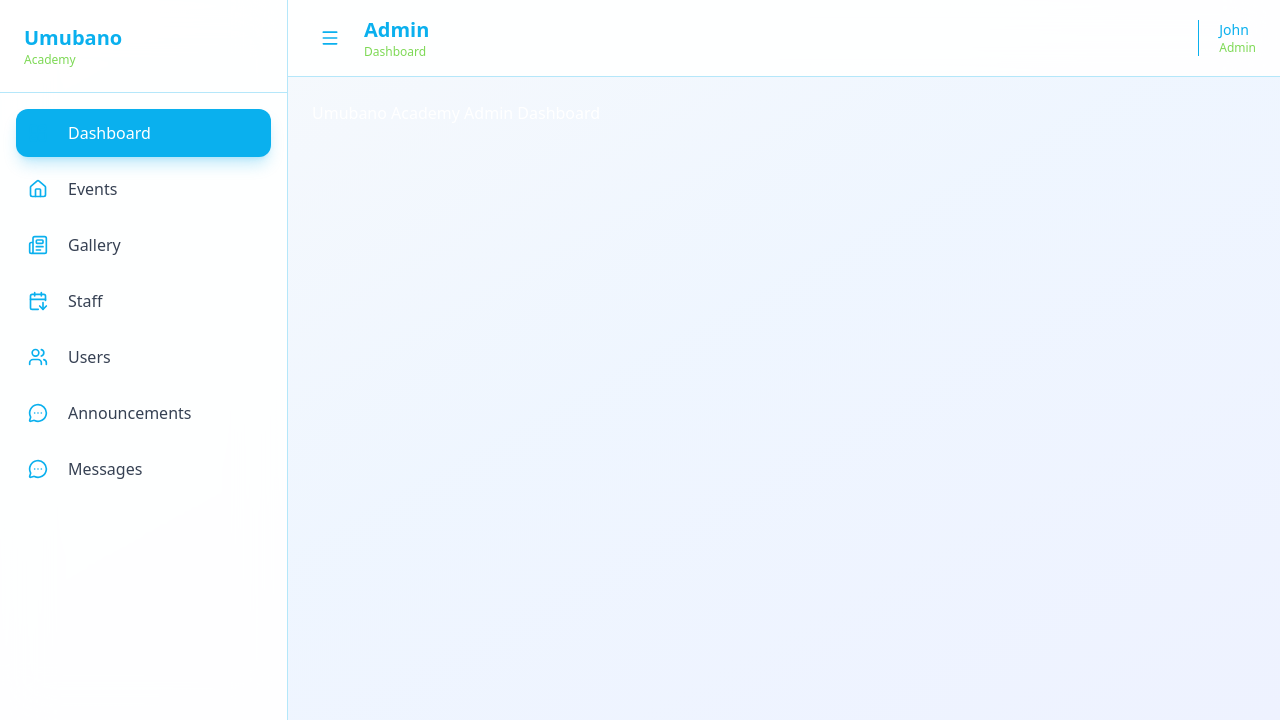
Repository: Umubano-Academy/umubano-academy-website
Page: /admin
These files come from the project's save history. The page is drawn as it stood at one moment and after the next save; the edit follows.
The browser window is 1280 px wide. The pictures show the whole page.
The project was rebuilt for these pictures with package versions that can differ from the ones it lists, and the page was loaded fresh each time. Also part of the build but not shown: vite.config.js, src/components/guest/NavBar.jsx, src/components/guest/Hero.jsx, src/components/guest/Event.jsx, src/components/guest/News.jsx, src/components/guest/Footer.jsx, src/components/guest/Layout.jsx, src/components/guest/Contact.jsx and 9 more. Imported but missing from the stored project, and not drawn on this page: src/assets/addons/Primary-Enrolment-Handout-2025.pdf, src/assets/addons/Secondary-Enrolment-Handout-2025-2026.pdf.

Above is the page before, as saved 2026-01-20 09:57:13.

### index.html
<!doctype html>
<html lang="en">
  <head>
    <meta charset="UTF-8" />
    <!-- <link rel="icon" type="image/svg+xml" href="/vite.svg" /> -->
    <meta name="viewport" content="width=device-width, initial-scale=1.0" />
    <title>umubano-academy</title>
  </head>
  <body>
    <div id="root"></div>
    <script type="module" src="/src/main.jsx"></script>
  </body>
</html>

### src/App.jsx
import React from 'react'
import { BrowserRouter, Route, Routes } from 'react-router-dom'
import NavBar from './components/guest/NavBar'
import Hero from './components/guest/Hero'
import Event from './components/guest/Event'
import News from './components/guest/News'
import Layout from './components/guest/Layout'
import Home from './components/guest/Home'
import Admission from './components/guest/Admission'
import Academic from './components/guest/Academic'
import About from './components/guest/About'
import LayOut from './components/admin/LayOut'
import Dashboard from './components/admin/pages/Dashboard'
import Login from './components/guest/forms/Login'
import ResetPassword from './components/guest/forms/ResetPassword'
import Primary from './components/guest/primary'


function App() {
  return (
    <BrowserRouter>

    <Routes>
      <Route path='/' element={<Layout />}>
      <Route index element={<Home />} />
      <Route path='/admissions' element={<Admission />} />
      <Route path='/academic' element={<Academic />} />
      <Route path='/aboutus' element={<About />} />
      <Route path='/login' element={<Login />} />
      <Route path="/password-reset" element={<ResetPassword />} />
      <Route path='/primary' element={<Primary />} />
      </Route>

      <Route path='/admin' element={<LayOut />}>
      <Route index element={<Dashboard />} />
      </Route>
    </Routes>
    </BrowserRouter>

  )
}

export default App

### src/components/admin/LayOut.jsx
import React, { useEffect, useState } from 'react'
import SideBar from '../admin/sidebar/SideBar'
import Header from '../admin/Header/Header'
import { Outlet } from 'react-router-dom'

function LayOut() {

  const [sideBarCollapsed, setSideBarCollapsed] = useState(false);
  const [currentPage, setCurrentPage] = useState("dashboard");

  useEffect(() =>{
    const handlerResize = () =>{
      if(window.innerWidth <1024){
        setSideBarCollapsed(true);
      }else{
        setSideBarCollapsed(false);
      }
    };

    handlerResize();
    window.addEventListener("resize", handlerResize)
    return () => window.removeEventListener("resize", handlerResize);
  },  []);
  return (

    <div className=' min-h-screen bg-gradient-to-br from-slate-50 via-blue-50 to-indigo-50 dark:from-slate-900 dark:via-slate-800 dark:to-slate-900 transition-all duration-500 '>
       <div className=' flex h-screen overflow-hidden' >
      <SideBar
          collapsed={sideBarCollapsed}
          onToggle={() => setSideBarCollapsed(!sideBarCollapsed)}
          currentPage={currentPage}
          onPageChange={setCurrentPage}
        />

      <div className='flex-1 flex flex-col overflow-hidden'>
          <Header
            sideBarCollapsed={sideBarCollapsed}
            onToggleSidebar={() => setSideBarCollapsed(!sideBarCollapsed)}
          />
          <div className='flex-1 overflow-y-auto bg-transparent'>
            <div className='p-6 space-y-6'>
              <Outlet />
            </div>
          </div>
        </div>
    </div>
    </div>

  )
}

export default LayOut

### src/components/admin/pages/Dashboard.jsx
// import React from "react";
// import { stats, bookingGraphData } from "./dashboardData";
// import {
//   Users,
//   ShoppingBag,
//   BadgeDollarSign,
//   TrendingUp,
// } from "lucide-react";
// import {
//   LineChart,
//   Line,
//   XAxis,
//   YAxis,
//   CartesianGrid,
//   Tooltip,
//   ResponsiveContainer,
// } from "recharts";

// function Dashboard() {
//   return (
//     <div className="p-6 space-y-6">

//       <h1 className="text-2xl font-bold text-slate-800 dark:text-white">
//         Dashboard Overview
//       </h1>


//       <div className="grid grid-cols-1 md:grid-cols-3 gap-6">

//         {/* USERS CARD */}
//         <div className="p-6 bg-white/80 dark:bg-slate-900/80 rounded-2xl shadow-lg border border-slate-200/50 dark:border-slate-700/50">
//           <div className="flex items-center justify-between mb-3">
//             <Users className="w-8 h-8 text-orange-500" />
//             <span className="text-green-500 text-sm">{stats.users.growth}</span>
//           </div>
//           <h2 className="text-3xl font-bold dark:text-white">
//             {stats.users.thisYear}
//           </h2>
//           <p className="text-slate-500 dark:text-slate-300 text-sm mt-1">
//             Users This Year
//           </p>
//         </div>

//         {/* BOOKINGS CARD */}
//         <div className="p-6 bg-white/80 dark:bg-slate-900/80 rounded-2xl shadow-lg border border-slate-200/50 dark:border-slate-700/50">
//           <div className="flex items-center justify-between mb-3">
//             <ShoppingBag className="w-8 h-8 text-orange-500" />
//             <span className="text-green-500 text-sm">+12%</span>
//           </div>
//           <h2 className="text-3xl font-bold dark:text-white">
//             {stats.bookings.total}
//           </h2>
//           <p className="text-slate-500 dark:text-slate-300 text-sm mt-1">
//             Total Bookings
//           </p>
//         </div>

//         {/* REVENUE CARD */}
//         <div className="p-6 bg-white/80 dark:bg-slate-900/80 rounded-2xl shadow-lg border border-slate-200/50 dark:border-slate-700/50">
//           <div className="flex items-center justify-between mb-3">
//             <BadgeDollarSign className="w-8 h-8 text-orange-500" />
//             <span className="text-green-500 text-sm">{stats.revenue.growth}</span>
//           </div>
//           <h2 className="text-3xl font-bold dark:text-white">
//             {stats.revenue.thisMonth.toLocaleString()} RWF
//           </h2>
//           <p className="text-slate-500 dark:text-slate-300 text-sm mt-1">
//             Revenue This Month
//           </p>
//         </div>
//       </div>

//       {/* BOTTOM 3 SUMMARY CARDS */}
//       <div className="grid grid-cols-1 md:grid-cols-3 gap-6">

//         {/* USER BREAKDOWN */}
//         <div className="p-6 bg-white/80 dark:bg-slate-900/80 rounded-xl border border-slate-200/50 dark:border-slate-700/50">
//           <h3 className="font-semibold dark:text-white mb-3">User Summary</h3>
//           <ul className="space-y-1 text-sm text-slate-600 dark:text-slate-300">
//             <li>Today: {stats.users.today}</li>
//             <li>Yesterday: {stats.users.yesterday}</li>
//             <li>Last Week: {stats.users.lastWeek}</li>
//             <li>Last Year: {stats.users.lastYear}</li>
//           </ul>
//         </div>

//         {/* BOOKING BREAKDOWN */}
//         <div className="p-6 bg-white/80 dark:bg-slate-900/80 rounded-xl border border-slate-200/50 dark:border-slate-700/50">
//           <h3 className="font-semibold dark:text-white mb-3">Booking Summary</h3>
//           <ul className="space-y-1 text-sm text-slate-600 dark:text-slate-300">
//             <li>Today: {stats.bookings.today}</li>
//             <li>Pending: {stats.bookings.pending}</li>
//             <li>Completed: {stats.bookings.completed}</li>
//             <li>Cancelled: {stats.bookings.cancelled}</li>
//           </ul>
//         </div>

//         {/* REVENUE BREAKDOWN */}
//         <div className="p-6 bg-white/80 dark:bg-slate-900/80 rounded-xl border border-slate-200/50 dark:border-slate-700/50">
//           <h3 className="font-semibold dark:text-white mb-3">Revenue Summary</h3>
//           <ul className="space-y-1 text-sm text-slate-600 dark:text-slate-300">
//             <li>Total Revenue: {stats.revenue.total.toLocaleString()} RWF</li>
//             <li>This Month: {stats.revenue.thisMonth.toLocaleString()} RWF</li>
//             <li>Pending: {stats.revenue.pending.toLocaleString()} RWF</li>
//             <li>Last Month: {stats.revenue.lastMonth.toLocaleString()} RWF</li>
//           </ul>
//         </div>
//       </div>

//       {/* BOOKINGS CHART */}
//       <div className="p-6 bg-white/80 dark:bg-slate-900/80 border border-slate-200/50 dark:border-slate-700/50 rounded-xl shadow-md">
//         <h2 className="text-lg font-bold mb-4 dark:text-white">
//           Bookings This Week
//         </h2>

//         <ResponsiveContainer width="100%" height={300}>
//           <LineChart data={bookingGraphData}>
//             <CartesianGrid strokeDasharray="3 3" />
//             <XAxis dataKey="day" />
//             <YAxis />
//             <Tooltip />
//             <Line
//               type="monotone"
//               dataKey="bookings"
//               stroke="#f97316"
//               strokeWidth={3}
//             />
//           </LineChart>
//         </ResponsiveContainer>
//       </div>
//     </div>
//   );
// }

// export default Dashboard;




import React from 'react'

function Dashboard() {
  return (
    <div className=' text-white '>
      Umubano Academy Admin Dashboard
    </div>
  )
}

export default Dashboard

### src/components/admin/sidebar/SideBar.jsx
import React, { useState } from "react";
import menuData from "./data/menuData";
import { Link } from "react-router-dom";
import { GraduationCap } from "lucide-react";

function SideBar({ collapsed, onToggle, currentPage, onPageChange }) {
  const [expandedItems, setExpandedItems] = useState(new Set(["dashboard"]));

  const toggleExpand = (itemId) => {
    const updated = new Set(expandedItems);
    updated.has(itemId) ? updated.delete(itemId) : updated.add(itemId);
    setExpandedItems(updated);
  };

  return (
    <div
      className={`${
        collapsed ? "w-20" : "w-72"
      } transition-all duration-300 ease-in-out bg-white/90 backdrop-blur-xl border-r border-[#0AB0EE]/30 flex flex-col relative z-10`}
    >
      {/* Header Logo */}
      <div className="p-6 border-b border-[#0AB0EE]/30">
        <div className="flex items-center space-x-3">
          {/* <div className="w-12 h-12 bg-[#FFDE59] text-[#0AB0EE] flex items-center justify-center rounded-xl">
            <GraduationCap size={28} />
          </div> */}

          {!collapsed && (
            <div>
              <h1 className="text-xl font-bold text-[#0AB0EE]">Umubano</h1>
              <p className="text-xs text-[#7ED956]">Academy</p>
            </div>
          )}
        </div>
      </div>

      {/* Navigation Menu */}
      <nav className="flex-1 space-y-2 p-4 overflow-y-auto">
        {menuData.map((item) => (
          <div key={item.id}>
            {/* Main Menu Item */}
            <Link
              to={item.path}
              className={`w-full flex items-center justify-between p-3 rounded-xl cursor-pointer transition-all duration-200 ${
                currentPage === item.id
                  ? "bg-[#0AB0EE] text-white shadow-lg shadow-[#0AB0EE]/25"
                  : "text-gray-700 hover:bg-[#FFDE59]/20"
              }`}
              onClick={() => {
                if (item.submenu) {
                  toggleExpand(item.id);
                } else {
                  onPageChange(item.id);
                }
              }}
            >
              <div className="flex items-center space-x-3">
                <item.icon className="w-5 h-5 text-[#0AB0EE]" />

                {!collapsed && (
                  <>
                    <span className="font-medium ml-2">{item.label}</span>
                    {item.count && (
                      <span className="px-2 py-1 rounded-full text-center text-sm bg-[#7ED956]/30 text-[#0AB0EE]">
                        {item.count}
                      </span>
                    )}
                  </>
                )}
              </div>

              {/* Submenu Arrow */}
              {!collapsed && item.submenu && (
                <span
                  className={`transition-transform text-[#0AB0EE] ${
                    expandedItems.has(item.id) ? "rotate-90" : ""
                  }`}
                >
                  ▶
                </span>
              )}
            </Link>

            {/* Submenu */}
            {item.submenu && expandedItems.has(item.id) && !collapsed && (
              <div className="ml-10 mt-1 space-y-1 transition-all duration-300">
                {item.submenu.map((sub) => (
                  <Link
                    key={sub.id}
                    to={sub.path}
                    onClick={() => onPageChange(sub.id)}
                    className={`block p-2 rounded-lg text-sm ${
                      currentPage === sub.id
                        ? "bg-[#7ED956] text-white"
                        : "text-gray-600 hover:bg-[#FFDE59]/20"
                    }`}
                  >
                    {sub.label}
                  </Link>
                ))}
              </div>
            )}
          </div>
        ))}
      </nav>
    </div>
  );
}

export default SideBar;

### src/components/admin/Header/Header.jsx
import React, { useState, useEffect, useRef } from "react";
import { Menu, User, Cog, LogOut } from "lucide-react";

function Header({ sideBarCollapsed, onToggleSidebar }) {
  const [openDropdown, setOpenDropdown] = useState(null);
  const dropdownRef = useRef();
  const [userInfo, setUserInfo] = useState({
    first_name: "John",
    roles: "Admin",
  });

  // Close dropdown when clicking outside
  useEffect(() => {
    function handleClickOutside(e) {
      if (dropdownRef.current && !dropdownRef.current.contains(e.target)) {
        setOpenDropdown(null);
      }
    }
    document.addEventListener("mousedown", handleClickOutside);
    return () => document.removeEventListener("mousedown", handleClickOutside);
  }, []);

  const handleNavigate = (path) => {
    console.log("Navigate to:", path);
    setOpenDropdown(null);
  };

  return (
    <div className="bg-white/90 backdrop-blur-xl border-b border-[#0AB0EE]/30 px-6 py-4 relative z-40">
      <div className="flex items-center justify-between">
        {/* Left Section */}
        <div className="flex items-center space-x-4">
          <button
            className="p-2 rounded-lg text-[#0AB0EE] hover:bg-[#FFDE59]/30 transition-colors"
            onClick={onToggleSidebar}
          >
            <Menu className="w-5 h-5" />
          </button>

          <div className="hidden md:block">
            <p className="text-xl font-black text-[#0AB0EE]">Admin</p>
            <p className="text-xs font-medium text-[#7ED956]">Dashboard</p>
          </div>
        </div>

        {/* Right Section */}
        <div className="flex items-center space-x-3" ref={dropdownRef}>
          {/* User Menu */}
          <div className="relative">
            <button
              onClick={() =>
                setOpenDropdown(openDropdown === "user" ? null : "user")
              }
              className="flex items-center pl-3 border-l border-[#0AB0EE]"
            >
              <User className="w-5 h-5 text-[#0AB0EE] md:hidden" />

              <div className="hidden md:flex flex-col ml-2 text-left">
                <p className="text-sm font-medium text-[#0AB0EE]">
                  {userInfo?.first_name}
                </p>
                <p className="text-xs text-[#7ED956]">{userInfo?.roles}</p>
              </div>
            </button>

            {openDropdown === "user" && (
              <div className="absolute right-0 mt-2 w-48 bg-white shadow-xl rounded-xl overflow-hidden z-50 border border-[#0AB0EE]/30">
                <button
                  onClick={() => handleNavigate("/marchant/myprofile")}
                  className="flex items-center space-x-2 w-full px-4 py-2 hover:bg-[#FFDE59]/30 transition-colors"
                >
                  <User className="w-4 h-4 text-[#0AB0EE]" /> <span>Profile</span>
                </button>
                <button
                  onClick={() => handleNavigate("/marchant/update-profile")}
                  className="flex items-center space-x-2 w-full px-4 py-2 hover:bg-[#FFDE59]/30 transition-colors"
                >
                  <Cog className="w-4 h-4 text-[#0AB0EE]" /> <span>Settings</span>
                </button>
                <button
                  className="flex items-center space-x-2 w-full px-4 py-2 text-red-600 hover:bg-red-100 dark:hover:bg-red-800/30 transition-colors"
                >
                  <LogOut className="w-4 h-4" /> <span>Logout</span>
                </button>
              </div>
            )}
          </div>
        </div>
      </div>
    </div>
  );
}

export default Header;

### src/components/admin/sidebar/data/menuData.js
import {
  House,

  Users,
  CalendarArrowDown,
  LayoutDashboard,
  MessageCircleMore,
  Newspaper,
} from "lucide-react";

const menuData = [
  {
    id: "dashboard",
    title: "dashboard",
    label: "Dashboard",
    path: "/admin",
    icon: LayoutDashboard,
  },
  {
    id: "events",
    title: "eventss",
    label: "Events",
    path: "/admin/eventss",
    icon: House,
  },
  {
    id: "Gallery",
    title: "gallery",
    label: "Gallery",
    path: "/admin/news",
    icon: Newspaper,
  },
  {
    id: "staff",
    title: "staff",
    label: "Staff",
    path: "/admin/admission",
    icon: CalendarArrowDown,
  },

  {
    id: "users",
    title: "users",
    label: "Users",
    path: "/admin/users",
    icon: Users,
  },
  {
    id: "announcements",
    title: "announcements",
    label: "Announcements",
    path: "/admin/announcements",
    icon: MessageCircleMore,
  },
  {
    id: "messages",
    title: "messages",
    label: "Messages",
    path: "/admin/messages",
    icon: MessageCircleMore,
  },
];


export default menuData;

Loaded but not shown: src/main.jsx (common file); src/index.css (common file)

After the next save:
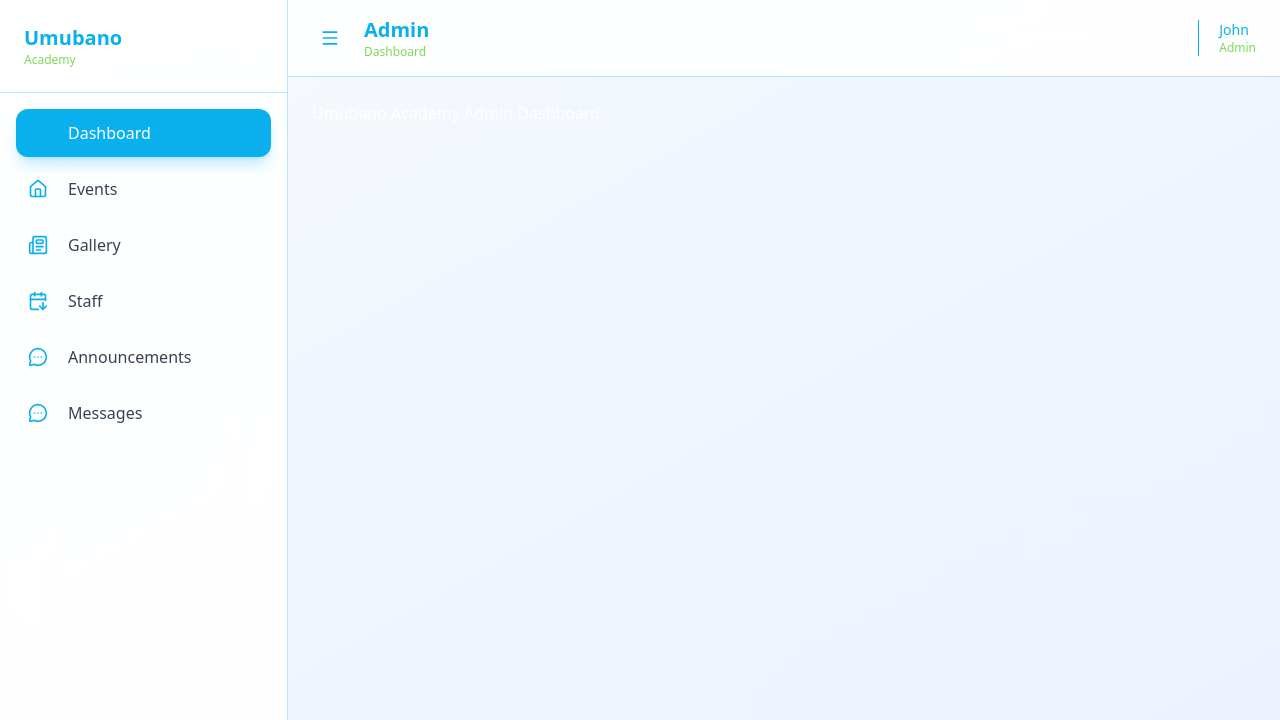
Saved 78 s later.
--- a/src/components/admin/sidebar/data/menuData.js
+++ b/src/components/admin/sidebar/data/menuData.js
@@ -39,13 +39,6 @@
   },
 
   {
-    id: "users",
-    title: "users",
-    label: "Users",
-    path: "/admin/users",
-    icon: Users,
-  },
-  {
     id: "announcements",
     title: "announcements",
     label: "Announcements",
